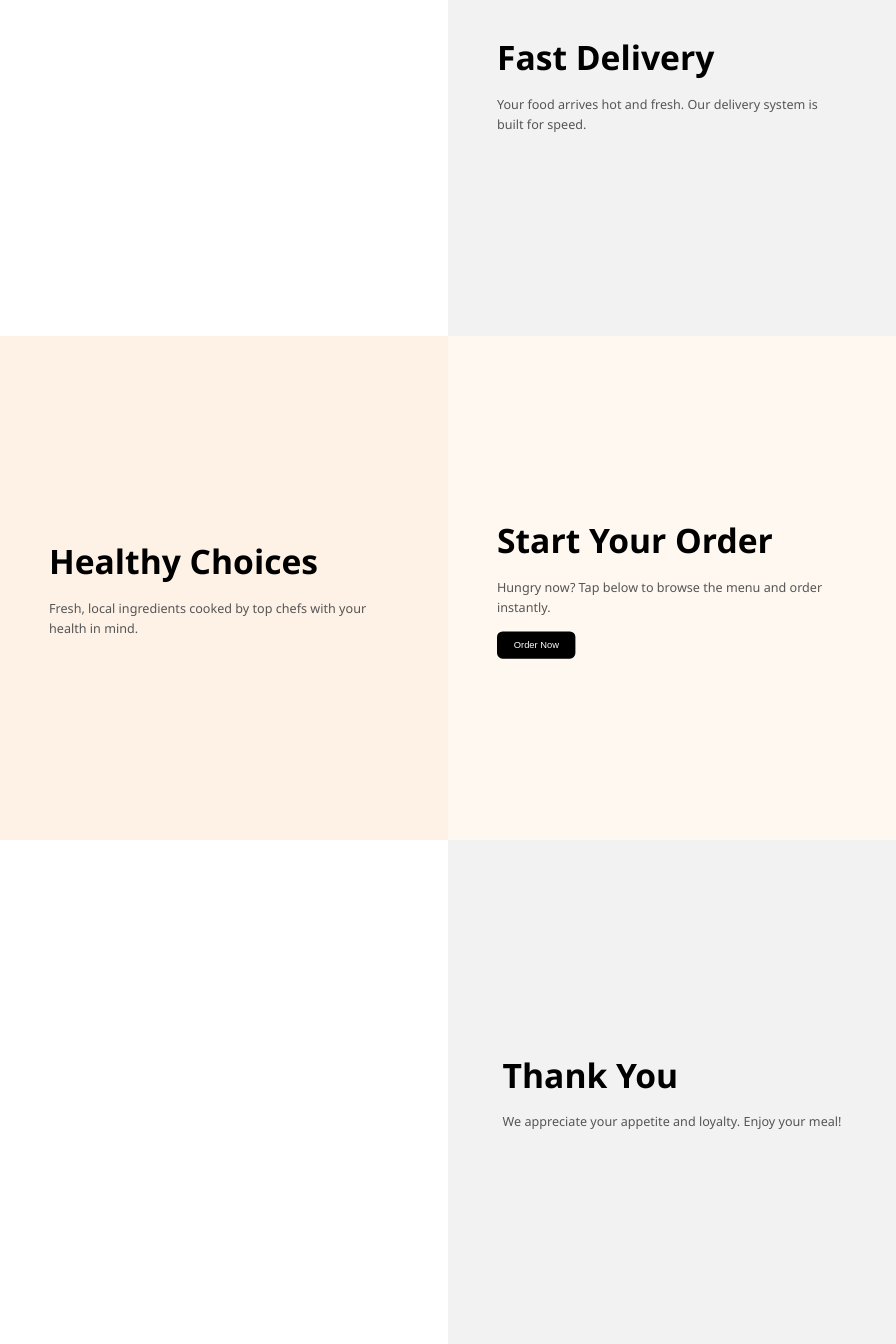
Repository: Rupeswarbhainsa777/Food-Web-App
Page: TapFoodApp/src/main/webapp/landing.html
The author's editor kept a copy of each file at every save. The page is drawn from the files as they stood at one save, then again after the next save.
The browser window is 1280 px wide. The pictures show the part of the page from y = 960 to 2880 px (the page is 2880 px tall), at 70% of full size.

Above is the page before, as saved 2025-05-01 18:46:19.

### TapFoodApp/src/main/webapp/landing.html
<!DOCTYPE html>
<html lang="en">
<head>
  <meta charset="UTF-8" />
  <meta name="viewport" content="width=device-width, initial-scale=1" />
  <title>4-Section Landing Page</title>
  <style>
    * {
      box-sizing: border-box;
      margin: 0;
      padding: 0;
    }

    body {
      font-family: 'Segoe UI', sans-serif;
      overflow-x: hidden;
    }

    section {
      display: flex;
      height: 100vh;
      width: 100%;
    }

    .left, .right {
      flex: 1;
      display: flex;
      align-items: center;
      justify-content: center;
      padding: 40px;
    }

    .left {
      background: #fff;
    }

    .right {
      background: #f2f2f2;
    }

    .content {
      max-width: 500px;
    }

    .content h1 {
      font-size: 48px;
      margin-bottom: 20px;
    }

    .content p {
      font-size: 18px;
      line-height: 1.6;
      color: #555;
    }

    .content button {
      margin-top: 20px;
      padding: 12px 24px;
      background: black;
      color: white;
      border: none;
      border-radius: 8px;
      cursor: pointer;
      transition: background 0.3s ease;
    }

    .content button:hover {
      background: #333;
    }

    .section:nth-child(even) .left {
      background: #fef1e6;
    }

    .section:nth-child(even) .right {
      background: #fff8f0;
    }

    @media (max-width: 768px) {
      section {
        flex-direction: column;
      }

      .left, .right {
        height: 50vh;
      }

      .content h1 {
        font-size: 32px;
      }

      .content p {
        font-size: 16px;
      }
    }

    #bee_model {
      position: fixed;
      width: 100%;
      height: 100%;
      pointer-events: none;
      z-index: 100;
      transition: transform 1s ease-out;
    }
  </style>
</head>
<body>

  <!-- 3D Bee Model with ID for JavaScript manipulation -->
  <model-viewer
    src="sarah_terra_battle_2.glb"
    id="bee_model">
  </model-viewer>

  <!-- Content Sections -->
  <section class="section">
    <div class="left">
      <div class="content">
        <h1>Welcome to Foodies</h1>
        <p>Explore the best meals around you. Quick, tasty, and affordable.</p>
        <button>Get Started</button>
      </div>
    </div>
    <div class="right">
      <div class="content">
        <h1></h1>
        <p></p>
      </div>
    </div>
  </section>

  <section class="section">
    <div class="left">
      <div class="content">
        <h1></h1>
        <p></p>
      </div>
    </div>
    <div class="right">
      <div class="content">
       <h1>Fast Delivery</h1>
        <p>Your food arrives hot and fresh. Our delivery system is built for speed.</p>
      </div>
    </div>
  </section>

  <section class="section">
    <div class="left">
      <div class="content">
        <h1>Healthy Choices</h1>
        <p>Fresh, local ingredients cooked by top chefs with your health in mind.</p>
      </div>
    </div>
    <div class="right">
      <div class="content">
         <h1>Start Your Order</h1>
        <p>Hungry now? Tap below to browse the menu and order instantly.</p>
        <button onclick="location.href='Menu.jsp'">Order Now</button>
      </div>
    </div>
  </section>

  <section class="section">
    <div class="left">
      <div class="content">

      </div>
    </div>
    <div class="right">
      <div class="content">
        <h1>Thank You</h1>
        <p>We appreciate your appetite and loyalty. Enjoy your meal!</p>
      </div>
    </div>
  </section>

  <!-- JavaScript: Scroll-based Model Movement & Camera Orbit -->
  <script>
    const beemodel = document.getElementById("bee_model");
    const sections = Array.from(document.querySelectorAll("section"));

    const shiftPosition = [25, -25, 0, 25];  // X-axis shifts
    const cameraOrbit = [
      [45, 90],    // Section 0
      [-45, 90],   // Section 1
      [45, 90],   // Section 2
      [45, 90]     // Section 3
    ];

    const sectionOffsets = sections.map(section => section.offsetTop);
    const lastSectionIndex = sections.length - 1;

    const interpolate = (start, end, progress) =>
      start + (end - start) * progress;

    const getScrollProgress = scrollY => {
      for (let i = 0; i < lastSectionIndex; i++) {
        if (scrollY >= sectionOffsets[i] && scrollY < sectionOffsets[i + 1]) {
          return i + ((scrollY - sectionOffsets[i]) / (sectionOffsets[i + 1] - sectionOffsets[i]));
        }
      }
      return lastSectionIndex;
    };

    window.addEventListener("scroll", () => {
      const scrollProgress = getScrollProgress(window.scrollY);
      const sectionIndex = Math.floor(scrollProgress);
      const sectionProgress = scrollProgress - sectionIndex;

      const currentShift = interpolate(
        shiftPosition[sectionIndex],
        shiftPosition[sectionIndex + 1] ?? shiftPosition[sectionIndex],
        sectionProgress
      );

      const currentOrbit = cameraOrbit[sectionIndex].map((val, i) =>
        interpolate(val, cameraOrbit[sectionIndex + 1]?.[i] ?? val, sectionProgress)
      );

      beemodel.style.transform = `translateX(${currentShift}%)`;
      beemodel.setAttribute("camera-orbit", `${currentOrbit[0]}deg ${currentOrbit[1]}deg`);
    });
  </script>

  <!-- Model Viewer Library -->
  <script type="module" src="https://ajax.googleapis.com/ajax/libs/model-viewer/4.0.0/model-viewer.min.js"></script>
</body>
</html>

After the next save:
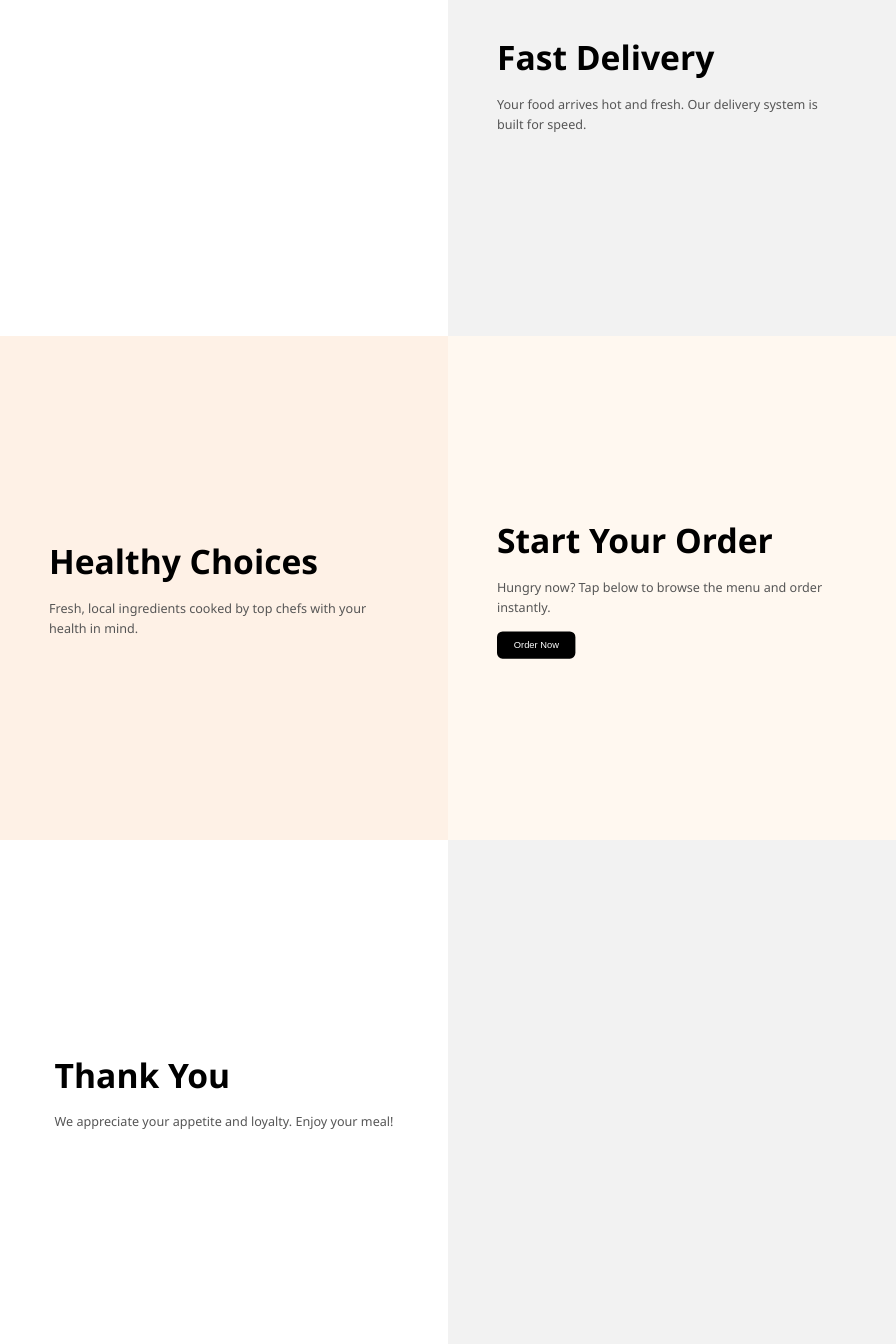
Saved 68 s later.
--- a/TapFoodApp/src/main/webapp/landing.html
+++ b/TapFoodApp/src/main/webapp/landing.html
@@ -163,15 +163,17 @@
   <section class="section">
     <div class="left">
       <div class="content">
-
-      </div>
-    </div>
-    <div class="right">
-      <div class="content">
-        <h1>Thank You</h1>
+      <h1>Thank You</h1>
         <p>We appreciate your appetite and loyalty. Enjoy your meal!</p>
       </div>
     </div>
+    <div class="right">
+      <div class="content">
+         <h1></h1>
+        <p></p>
+      </div>
+      </div>
+
   </section>
 
   <!-- JavaScript: Scroll-based Model Movement & Camera Orbit -->
